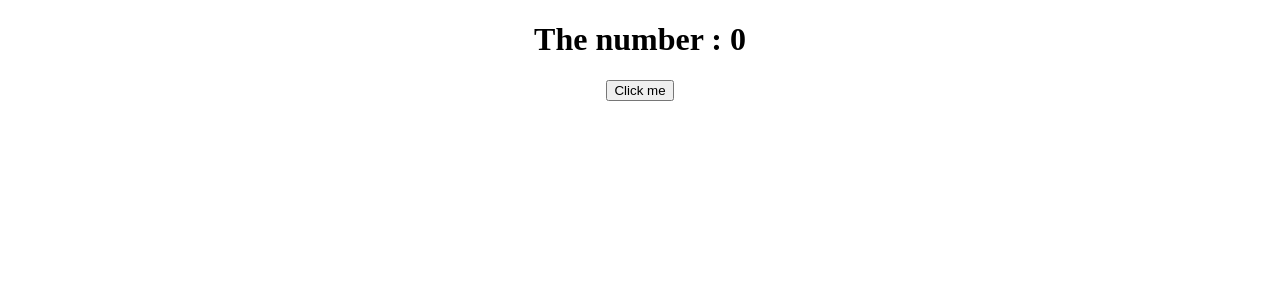
Repository: dung8466/learn-react
Page: / (app in react-state/)
These files come from the project's save history. The page is drawn as it stood at one moment and after the next save; the edit follows.
The browser window is 1280 px wide. The pictures show the whole page.
The project was rebuilt for these pictures with package versions that can differ from the ones it lists, and the page was loaded fresh each time. Also part of the build but not shown: react-state/src/App.css.

Above is the page before, as saved 2022-09-16 22:11:42.

### react-state/src/App.js
import React, {Component} from "react";
import './App.css';
import Button from "./Button";

class App extends Component {
  render(){
    return (
      <Button />
    );
  }
}

export default App;

### react-state/src/Button.js
import React, {Component} from "react";
import './Button.css'
class Button extends Component{
    constructor(props){
        super(props);
        this.state = {number : 0}
        this.handleClick = this.handleClick.bind(this);
    };
    handleClick(e){
        this.setState({number : (Math.floor(Math.random() *10))});
    };
    render(){
        return(
            <div className="Container">
                <h1>The number : {this.state.number}</h1>
                {this.state.number === 7 ?
                    <h2>You Win</h2>
                    : <button onClick={this.handleClick}> Click me </button>
                }
            </div>
        );
    }
}

export default Button;

### react-state/src/Button.css
.Container{
    font-family: 'Times New Roman', Times, serif;
    font-size: 16px;
    text-align: center;
}

Loaded but not shown: react-state/public/index.html (common file); react-state/src/index.js (common file); react-state/src/index.css (common file)

After the next save:
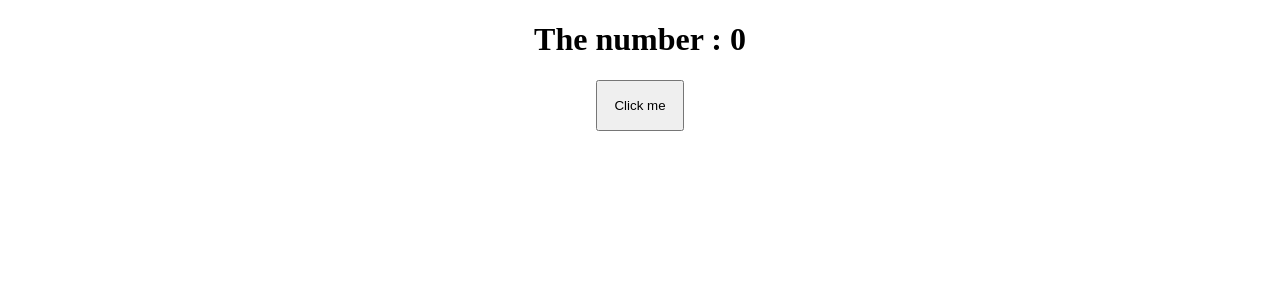
Saved 21 s later.
--- a/react-state/src/Button.css
+++ b/react-state/src/Button.css
@@ -3,3 +3,7 @@
     font-size: 16px;
     text-align: center;
 }
+
+.Container button{
+    padding: 1rem;
+}
